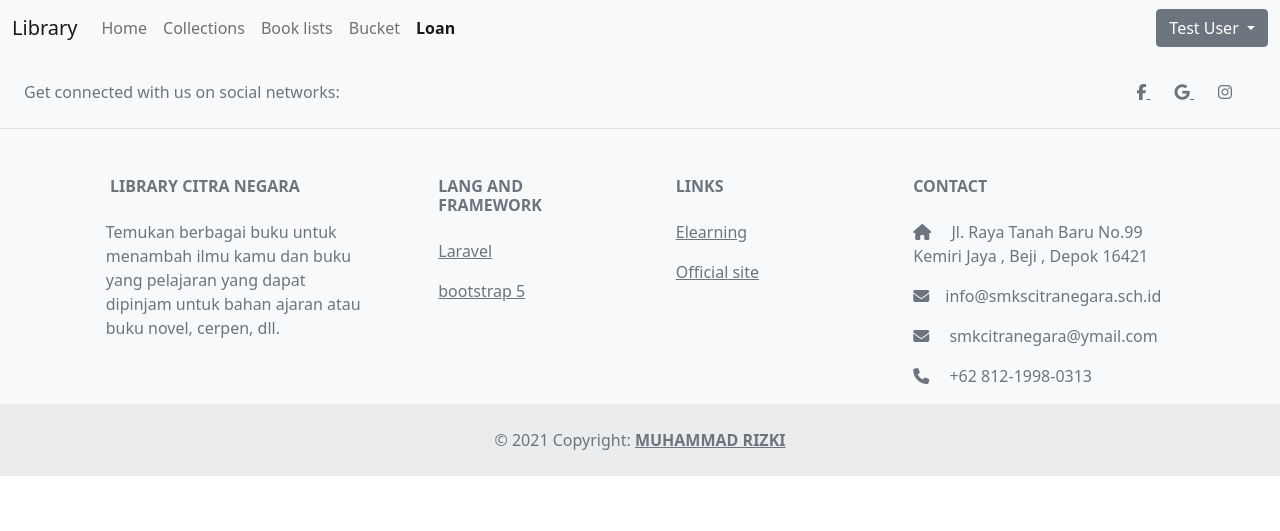
Repository: humanrizki/app-perpus-laravel-8
Page: http://localhost/loan
These files come from the project's save history. The page is drawn as it stood at one moment and after the next save; the edit follows.
The browser window is 1280 px wide. The pictures show the whole page.
Some web libraries are served in a nearby version. The page is served by the project's Laravel application, run on PHP 8.4 with Laravel 8. A made-up administrator, Test User (test@example.com), is signed in. Other server files are loaded and not shown. Queries for data that is not in the repository find no rows.

Above is the page before, as saved 2021-12-01 15:32:03.

### routes/web.php
<?php

use App\Http\Controllers\BucketController;
use App\Http\Controllers\CollectionController;
use App\Http\Controllers\ListsController;
use App\Http\Controllers\LoanController;
use App\Http\Controllers\ProfileController;
use Illuminate\Support\Facades\Route;

/*
|--------------------------------------------------------------------------
| Web Routes
|--------------------------------------------------------------------------
|
| Here is where you can register web routes for your application. These
| routes are loaded by the RouteServiceProvider within a group which
| contains the "web" middleware group. Now create something great!
|
*/

Route::get('/', function () {
    return view('welcome');
});

Auth::routes();

Route::get('/home', [App\Http\Controllers\HomeController::class, 'index'])->name('home');
Route::get('/collections',[CollectionController::class,'index'])->name('collections');
Route::get('/collections/{collection:slug}',[CollectionController::class,'show']);
Route::get('/lists',[ListsController::class,'index'])->name('lists');
Route::get('/lists/{list:slug}',[ListsController::class,'show']);
Route::post('/lists/{list:slug}',[ListsController::class,'store']);
Route::get('/profile',[ProfileController::class,'index'])->name('profile');
Route::get('/profile/{user:username}/edit',[ProfileController::class,'show']);
Route::post('/profile/{user:username}/edit',[ProfileController::class,'update']);
Route::get('/bucket',[BucketController::class,'index'])->name('bucket');
Route::delete('/bucket/{bucket:id}',[BucketController::class,'destroy']);
Route::get('/bucket/{bucket:slug}',[BucketController::class,'show']);
Route::post('/bucket/{bucket:slug}',[BucketController::class,'store']);
Route::get('/loan',[LoanController::class,'index'])->name('loan');

### app/Models/User.php
<?php

namespace App\Models;

use Illuminate\Contracts\Auth\MustVerifyEmail;
use Illuminate\Database\Eloquent\Factories\HasFactory;
use Illuminate\Foundation\Auth\User as Authenticatable;
use Illuminate\Notifications\Notifiable;
use Laravel\Sanctum\HasApiTokens;

class User extends Authenticatable
{
    use HasApiTokens, HasFactory, Notifiable;

    /**
     * The attributes that are mass assignable.
     *
     * @var string[]
     */
    // protected $fillable = [
    //     'name',
    //     'email',
    //     'password',
    // ];
    protected $guarded = ['id'];
    /**
     * The attributes that should be hidden for serialization.
     *
     * @var array
     */
    protected $hidden = [
        'password',
        'remember_token',
    ];

    /**
     * The attributes that should be cast.
     *
     * @var array
     */
    protected $casts = [
        'email_verified_at' => 'datetime',
    ];
}

### app/Http/Controllers/LoanController.php
<?php

namespace App\Http\Controllers;

use App\Models\LoanReport;
use Illuminate\Http\Request;

class LoanController extends Controller
{
    //
    /**
     * Class constructor.
     */
    public function __construct()
    {
        $this->middleware('auth');
    }
    public function index(){
        return view('loan.index',[
            'title'=>'Loan page',
            'loans'=>LoanReport::where('user_id',
                    auth()->user()->id)->get()
        ]);
    }
}

### app/Models/LoanReport.php
<?php

namespace App\Models;

use Illuminate\Database\Eloquent\Factories\HasFactory;
use Illuminate\Database\Eloquent\Model;

class LoanReport extends Model
{
    use HasFactory;
    protected $guarded = ['id'];
    public function book(){
        return $this->belongsTo(Book::class);
    }
    public function admin(){
        return $this->belongsTo(Admin::class);
    }
    public function user(){
        return $this->belongsTo(User::class);
    }
}

### resources/views/loan/index.blade.php
@extends('layouts.capp')
@section('content')
    <div class="container">

    </div>
@endsection

### resources/views/layouts/capp.blade.php
<!doctype html>
<html lang="en">
  <head>
    <meta charset="utf-8" />
    <meta http-equiv="X-UA-Compatible" content="IE=edge,chrome=1" />
    <meta content='width=device-width, initial-scale=1.0, maximum-scale=1.0, user-scalable=0, shrink-to-fit=no' name='viewport' />
    <title>{{ $title }}</title>

    <!--     Fonts and icons     -->
    <link href="https://fonts.googleapis.com/css?family=Montserrat:400,700,200" rel="stylesheet" />
    <script src="https://kit.fontawesome.com/43727f9558.js" crossorigin="anonymous"></script>
    <style>
      *,body{
        margin: 0px;
        padding: 0px;
      }
    </style>
    @if (request()->is('home'))
        <link rel="stylesheet" href="css/home.css">
    @endif
    <link href="https://cdn.jsdelivr.net/npm/bootstrap@5.0.2/dist/css/bootstrap.min.css" rel="stylesheet" integrity="sha384-EVSTQN3/azprG1Anm3QDgpJLIm9Nao0Yz1ztcQTwFspd3yD65VohhpuuCOmLASjC" crossorigin="anonymous">
    {{-- <link rel="stylesheet" href="css/ul.css"> --}}
  </head>
  <body>
    @include('partials.header')
    @yield('content')
    @include('partials.footer')
    <!--   Core JS Files   -->
    <script src="https://cdn.jsdelivr.net/npm/bootstrap@5.0.2/dist/js/bootstrap.bundle.min.js" integrity="sha384-MrcW6ZMFYlzcLA8Nl+NtUVF0sA7MsXsP1UyJoMp4YLEuNSfAP+JcXn/tWtIaxVXM" crossorigin="anonymous"></script>
  </body>
</html>

### resources/views/partials/header.blade.php

<nav class="navbar navbar-expand-lg navbar-light bg-light">
    <div class="container-fluid">
      <a class="navbar-brand" href="/home">Library</a>
      <button class="navbar-toggler" type="button" data-bs-toggle="collapse" data-bs-target="#navbarSupportedContent" aria-controls="navbarSupportedContent" aria-expanded="false" aria-label="Toggle navigation">
        <span class="navbar-toggler-icon"></span>
      </button>
      <div class="collapse navbar-collapse" id="navbarSupportedContent">
        <ul class="navbar-nav me-auto mb-2 mb-lg-0">
          <li class="nav-item">
            <a class="nav-link {{ (request()->is('home')) ? 'active fw-bold':'';}}" aria-current="page" href="/home">Home</a>
          </li>
          <li class="nav-item ">
            <a class="nav-link {{ (request()->is('collections*')) ? 'active fw-bold':'';}}" href="/collections">Collections</a>
          </li>
          <li class="nav-item">
            <a class="nav-link {{ (request()->is('lists*')) ? 'active fw-bold':'';}}" href="/lists">Book lists</a>
          </li>
          <li class="nav-item">
            <a class="nav-link {{ (request()->is('bucket*')) ? 'active fw-bold':'';}}" href="/bucket">Bucket</a>
          </li>
          <li class="nav-item">
            <a class="nav-link {{ (request()->is('loan*')) ? 'active fw-bold':'';}}" href="/loan">Loan</a>
          </li>
        </ul>
        @auth
        <div class="dropdown">
          <button class="btn btn-secondary dropdown-toggle" type="button" id="dropdownMenuButton1" data-bs-toggle="dropdown" aria-expanded="false">
            {{ auth()->user()->name }}
          </button>
          <ul class="dropdown-menu" aria-labelledby="dropdownMenuButton1">
            <li><a class="dropdown-item" href="/profile">Profile</a></li>
            <form action="/logout" method="POST">
              @csrf
              <li class="dropdown-item"><button class="btn btn-danger w-100" type="submit">Logout</button></li>
            </form>
          </ul>
        </div>
        @else
        <div class="container-login">
            <a href="/login" class="btn btn-success">Login</a>
        </div>
        @endauth
      </div>
    </div>
  </nav>

### resources/views/partials/footer.blade.php
<footer class="text-center text-lg-start bg-light text-muted">
    <!-- Section: Social media -->
    <section
      class="d-flex justify-content-center justify-content-lg-between p-4 border-bottom"
    >
      <!-- Left -->
      <div class="me-5 d-none d-lg-block">
        <span>Get connected with us on social networks:</span>
      </div>
      <!-- Left -->

      <!-- Right -->
      <div>
        <a href="https://facebook.com/smkcitranegaraofficial" class="me-4 text-reset">
          <i class="fab fa-facebook-f"></i>
        </a>

        <a href="https://sekolah.data.kemdikbud.go.id/index.php/chome/profil/a3b930a7-c409-426b-a5ab-7aaed2a25c9f" class="me-4 text-reset">
          <i class="fab fa-google"></i>
        </a>
        <a href="https://instagram.com/smkcitranegaradepok/" class="me-4 text-reset">
          <i class="fab fa-instagram"></i>
        </a>

      </div>
      <!-- Right -->
    </section>
    <!-- Section: Social media -->

    <!-- Section: Links  -->
    <section class="">
      <div class="container text-center text-md-start mt-5">
        <!-- Grid row -->
        <div class="row mt-3">
          <!-- Grid column -->
          <div class="col-md-3 col-lg-4 col-xl-3 mx-auto mb-4">
            <!-- Content -->
            <h6 class="text-uppercase fw-bold mb-4">
              <img src="img/logo.png" alt="" width="50"> Library Citra Negara
            </h6>
            <p>
              Temukan berbagai buku untuk menambah ilmu kamu dan buku yang pelajaran
              yang dapat dipinjam untuk bahan ajaran atau buku novel, cerpen, dll.
            </p>
          </div>
          <!-- Grid column -->

          <!-- Grid column -->
          <div class="col-md-2 col-lg-2 col-xl-2 mx-auto mb-4">
            <!-- Links -->
            <h6 class="text-uppercase fw-bold mb-4">
              Lang and Framework
            </h6>
            <p>
              <a href="https://laravel.com" class="text-reset">Laravel</a>
            </p>
            <p>
              <a href="https://getbootstrap.com" class="text-reset">bootstrap 5</a>
            </p>

          </div>
          <!-- Grid column -->

          <!-- Grid column -->
          <div class="col-md-3 col-lg-2 col-xl-2 mx-auto mb-4">
            <!-- Links -->
            <h6 class="text-uppercase fw-bold mb-4">
             links
            </h6>
            <p>
              <a href="http://smkcitranegara.sch.id" class="text-reset">Elearning</a>
            </p>
            <p>
              <a href="https://smkscitranegara.sch.id" class="text-reset">Official site</a>
            </p>
          </div>
          <!-- Grid column -->

          <!-- Grid column -->
          <div class="col-md-4 col-lg-3 col-xl-3 mx-auto mb-md-0 mb-4">
            <!-- Links -->
            <h6 class="text-uppercase fw-bold mb-4">
              Contact
            </h6>
            <p><i class="fas fa-home me-3"></i> Jl. Raya Tanah Baru No.99 Kemiri Jaya , Beji , Depok 16421</p>

                        <p><i class="fas fa-envelope me-3"></i>info@smkscitranegara.sch.id</p>
                    <p><i class="fas fa-envelope me-3"></i>
                    smkcitranegara@ymail.com</p>
            <p><i class="fas fa-phone me-3"></i> +62 812-1998-0313</p>
          </div>
          <!-- Grid column -->
        </div>
        <!-- Grid row -->
      </div>
    </section>
    <!-- Section: Links  -->

    <!-- Copyright -->
    <div class="text-center p-4" style="background-color: rgba(0, 0, 0, 0.05);">
      © 2021 Copyright:
      <a class="text-reset fw-bold" href="https://instagram.com/m.rizki_array">MUHAMMAD RIZKI</a>
    </div>
    <!-- Copyright -->
  </footer>
  <!-- Footer -->

### resources/views/errors/404.blade.php
<!DOCTYPE html>
<html lang="en">
<head>
    <meta charset="UTF-8">
    <meta name="viewport" content="width=device-width, initial-scale=1.0">
    <meta http-equiv="X-UA-Compatible" content="ie=edge">
    <link rel="stylesheet" href="/css/sb-admin-2.min.css">
    <title>404 - Page not found</title>
</head>
<body>
    <div class="container-fluid d-flex align-items-center justify-content-center" style="height: 100vh;">
        <!-- 404 Error Text -->
        <div class="text-center">
            <div class="error mx-auto" data-text="404">404</div>
            <p class="lead text-gray-800 mb-5">Page Not Found</p>
            <p class="text-gray-500 mb-0">It looks like you found an error in the search...</p>
            <a href="/">&larr; Back to Home</a>
        </div>

    </div>
</body>
</html>

Loaded but not shown: app/Providers/AppServiceProvider.php (common file); app/Http/Controllers/Auth/ConfirmPasswordController.php (common file); app/Http/Controllers/Controller.php (common file)

After the next save:
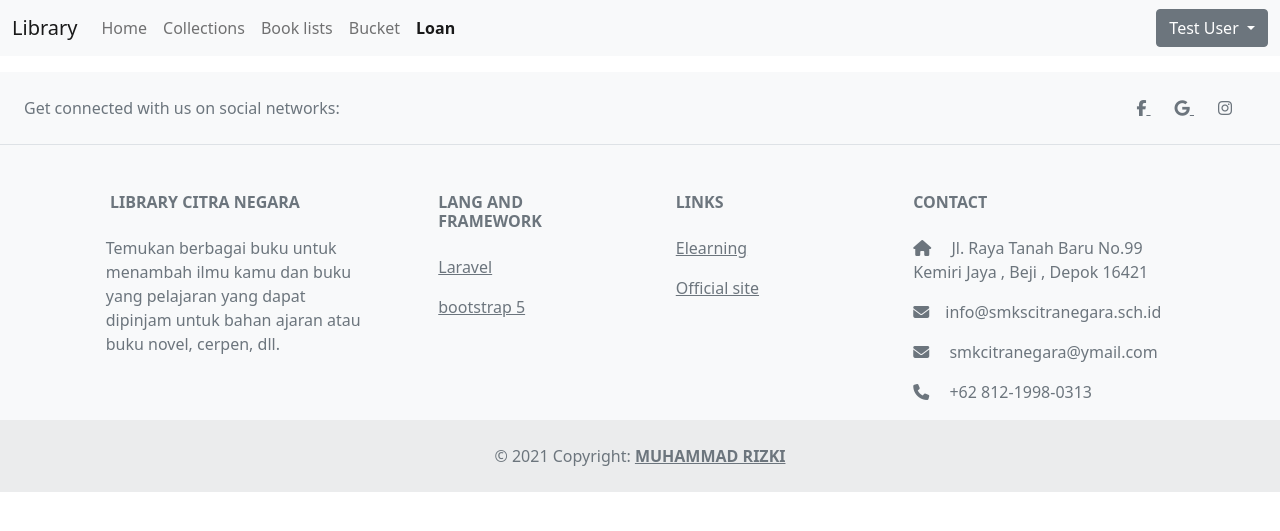
Saved 5 s later.
--- a/resources/views/loan/index.blade.php
+++ b/resources/views/loan/index.blade.php
@@ -1,6 +1,6 @@
 @extends('layouts.capp')
 @section('content')
-    <div class="container">
+    <div class="container my-3">
 
     </div>
 @endsection
